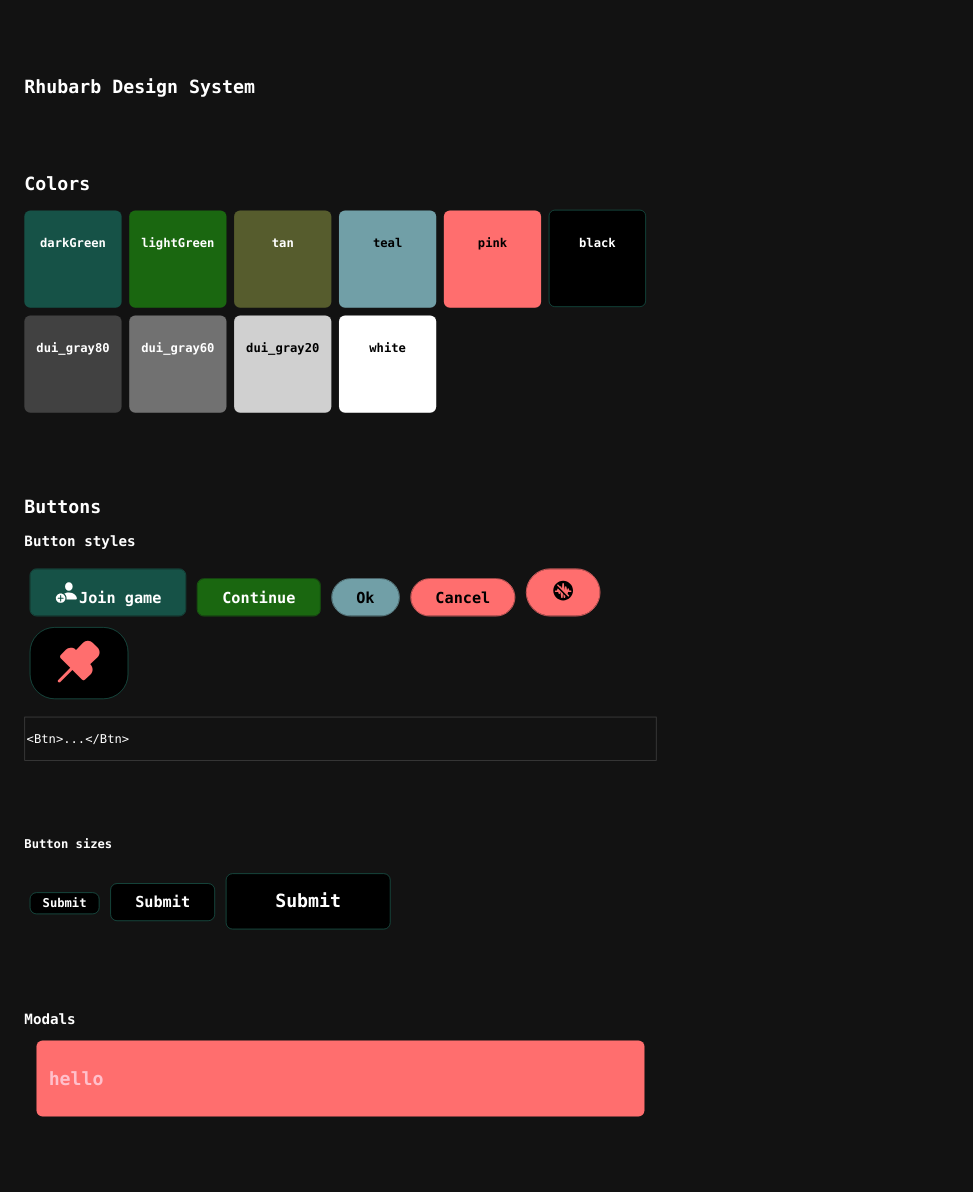
Repository: kttalley/designing-with-data_react-class
Page: / (app in lesson6_design-system-component-extension/)
An editor plug-in stored every save of this project. The page is shown before and after the next save, followed by the edit.
The browser window is 1280 px wide. The pictures show the whole page, at 76% of full size.
The project was rebuilt for these pictures with package versions that can differ from the ones it lists, and the page was loaded fresh each time. Imported but missing from the stored project, and not drawn on this page: lesson6_design-system-component-extension/src/Rhubarb/Input.

Above is the page before, as saved 2023-09-01 12:10:37.

After the next save:
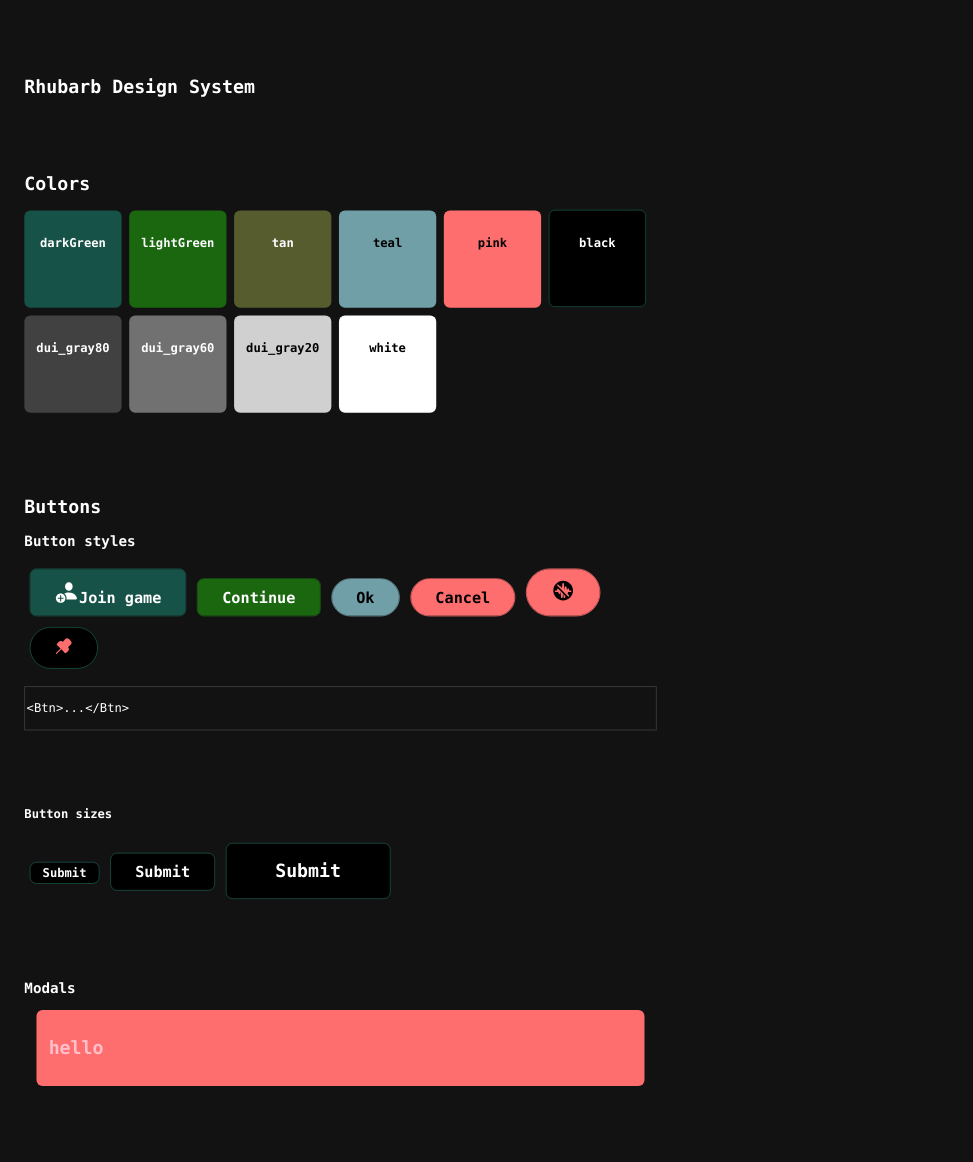
Saved 6 s later.
--- a/lesson6_design-system-component-extension/src/App.js
+++ b/lesson6_design-system-component-extension/src/App.js
@@ -47,7 +47,7 @@ class App extends Component {
             <Icon name="cancel" color={color.black} size={fontSize[4]}></Icon>
           </Btn>
           <Btn roundness="pill">
-            <Icon name="pin" color={color.pink} size={fontSize[5]} />
+            <Icon name="pin" color={color.pink} size={fontSize[3]} />
           </Btn>
           <DocsCodeBlock>
             <p>
